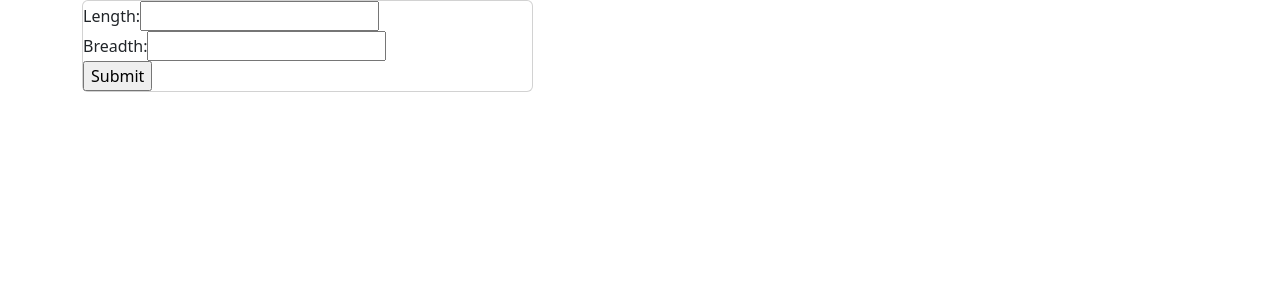
Repository: Laxman-Nath/Servlet_JSP
Page: http://localhost/Area/
These files come from the project's save history. The page is drawn as it stood at one moment and after the next save; the edit follows.
The browser window is 1280 px wide. The pictures show the whole page.
The page is served by Tomcat 9.

Above is the page before, as saved 2024-09-02 10:44:13.

### Area/src/main/webapp/Area.jsp
<%@ page language="java" contentType="text/html; charset=UTF-8"
	pageEncoding="UTF-8"%>
<!DOCTYPE html>
<html>
<head>
<meta charset="UTF-8">
<title>Area</title>
<link
	href="https://cdn.jsdelivr.net/npm/bootstrap@5.3.3/dist/css/bootstrap.min.css"
	rel="stylesheet"
	integrity="sha384-QWTKZyjpPEjISv5WaRU9OFeRpok6YctnYmDr5pNlyT2bRjXh0JMhjY6hW+ALEwIH"
	crossorigin="anonymous">
</head>
<body>
<div class="container">
<div class="row">
<div class="col-md-5">
    <div class="card">
	<form action="" method="post">
		<div>
			Length:<input type="number" name="length">
		</div>
		<div>
			Breadth:<input type="number" name="breadth">
		</div>
		<input type="submit" value="Submit">
	</form>
</div>
</div>
</div>
</div>
</body>
<script
	src="https://cdn.jsdelivr.net/npm/bootstrap@5.3.3/dist/js/bootstrap.bundle.min.js"
	integrity="sha384-YvpcrYf0tY3lHB60NNkmXc5s9fDVZLESaAA55NDzOxhy9GkcIdslK1eN7N6jIeHz"
	crossorigin="anonymous"></script>
</html>

After the next save:
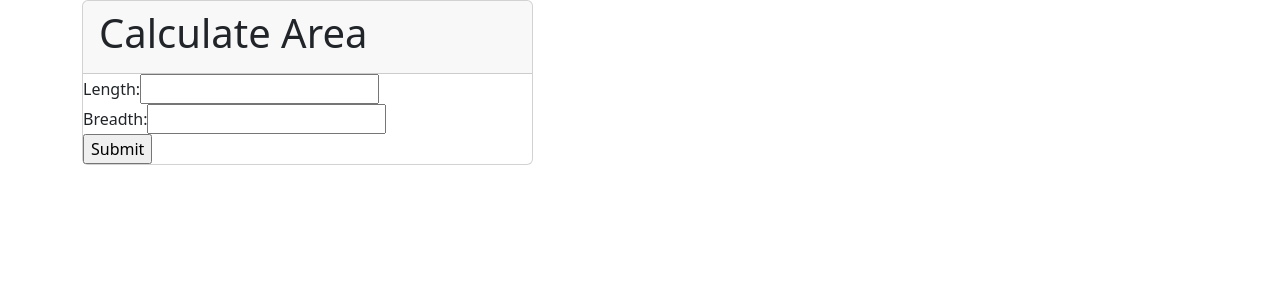
Saved 35 s later.
--- a/Area/src/main/webapp/Area.jsp
+++ b/Area/src/main/webapp/Area.jsp
@@ -16,6 +16,7 @@
 <div class="row">
 <div class="col-md-5">
     <div class="card">
+    <div class="card-header"><h1>Calculate Area</h1></div>
 	<form action="" method="post">
 		<div>
 			Length:<input type="number" name="length">
